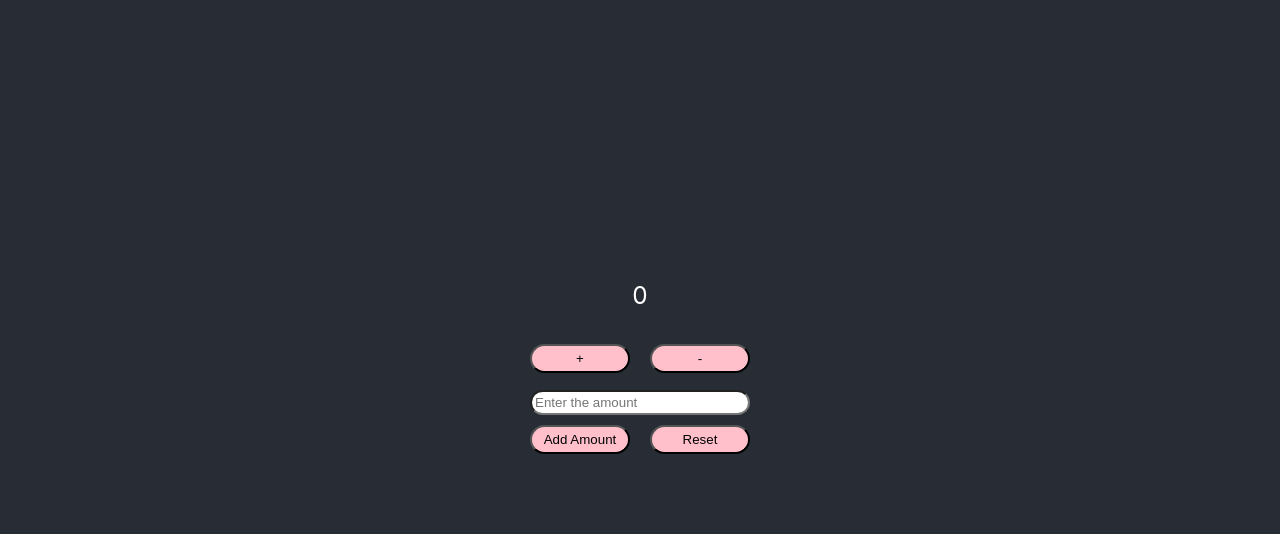
Repository: mahsa199170/React-Redux-Projects
Page: / (app in counter-app-redux-toolkit/)
The author's editor kept a copy of each file at every save. The page is drawn from the files as they stood at one save, then again after the next save.
The browser window is 1280 px wide. The pictures show the whole page.
The project was rebuilt for these pictures with package versions that can differ from the ones it lists, and the page was loaded fresh each time.

Above is the page before, as saved 2024-10-28 15:24:35.

After the next save:
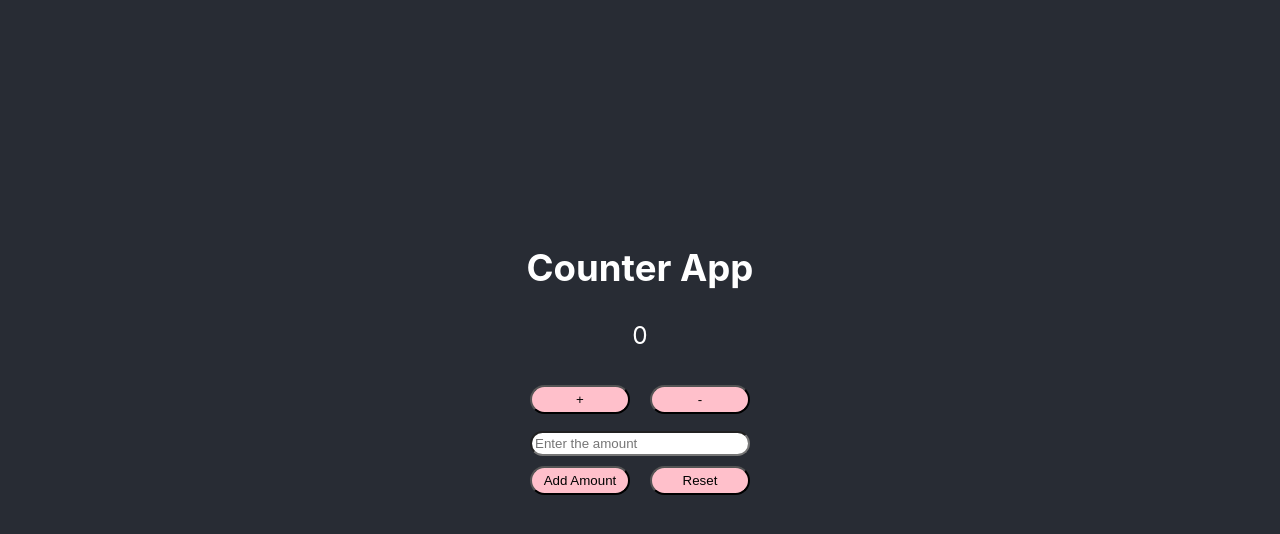
Saved 12 s later.
--- a/counter-app-redux-toolkit/src/components/counter/Counter.js
+++ b/counter-app-redux-toolkit/src/components/counter/Counter.js
@@ -34,6 +34,7 @@ const Counter = () => {
 
   return (
     <section>
+      <h1>Counter App</h1>
       <p>{number}</p>
       <div>
         <button className="btn" onClick={handleIncrement}>
